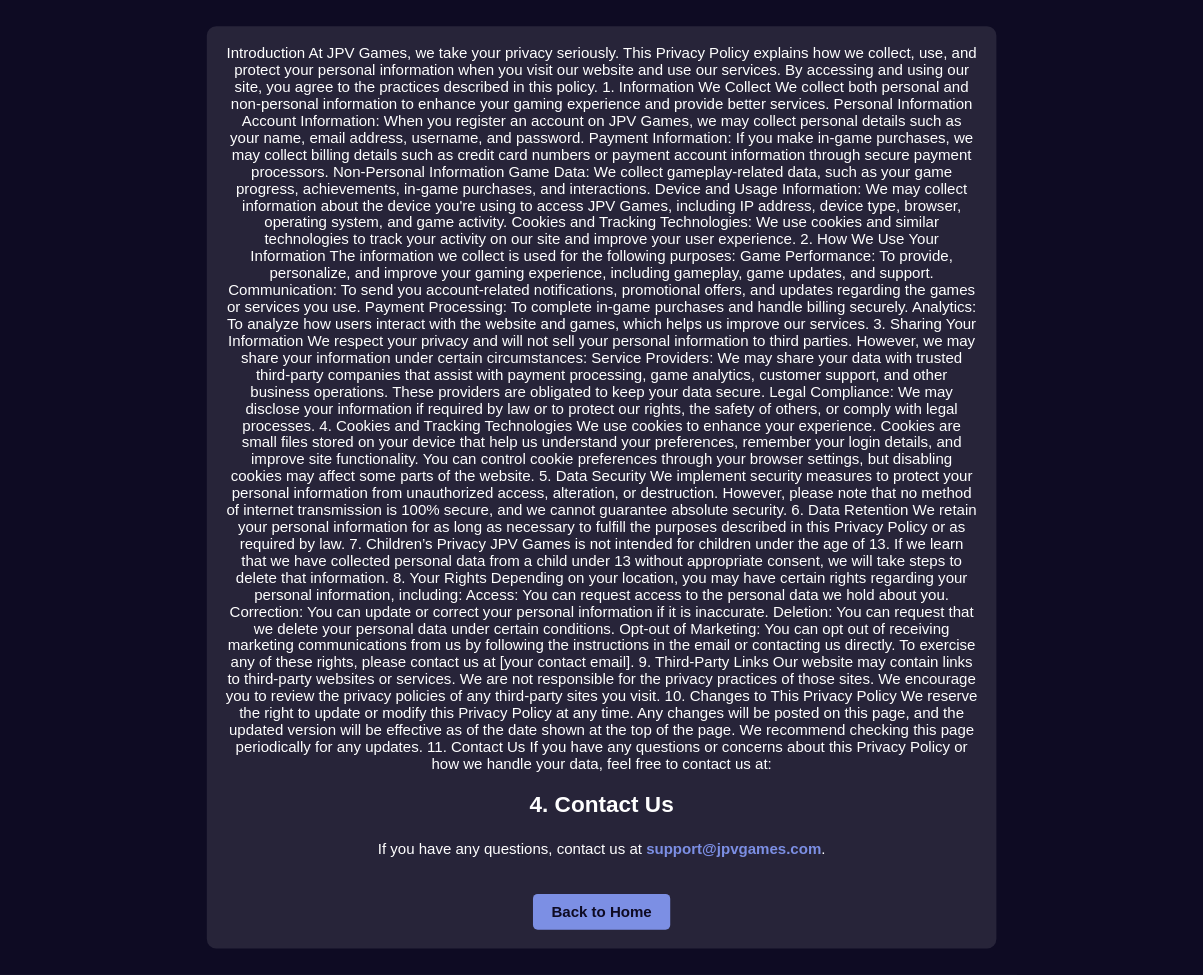
Repository: meenadabhii/jpygames.com
Page: http://localhost/privacy-policy.html
An editor plug-in stored every save of this project. The page is shown before and after the next save, followed by the edit.
The browser window is 1280 px wide. The pictures show the whole page, at 94% of full size.
The page is served by the project's Node server (app.js).

Above is the page before, as saved 2025-02-08 10:38:57.

After the next save:
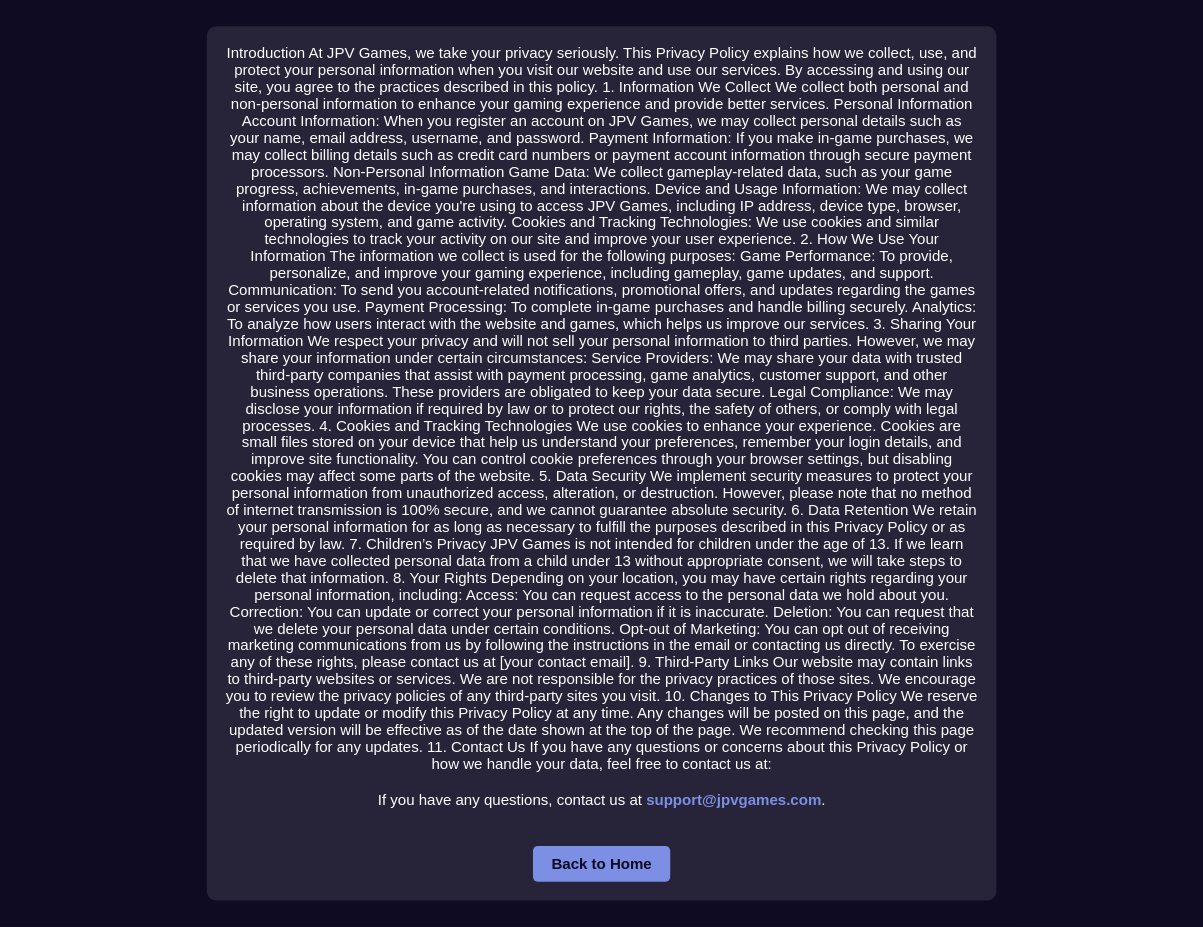
Saved 4 s later.
--- a/nodejs/views/privacy-policy.html
+++ b/nodejs/views/privacy-policy.html
@@ -111,9 +111,6 @@
 
         11. Contact Us
         If you have any questions or concerns about this Privacy Policy or how we handle your data, feel free to contact us at:
-
-
-        <h2>4. Contact Us</h2>
         <p>If you have any questions, contact us at <a href="mailto:support@jpvgames.com">support@jpvgames.com</a>.</p>
 
         <a href="/" class="button">Back to Home</a>

After the 2 saves that followed:
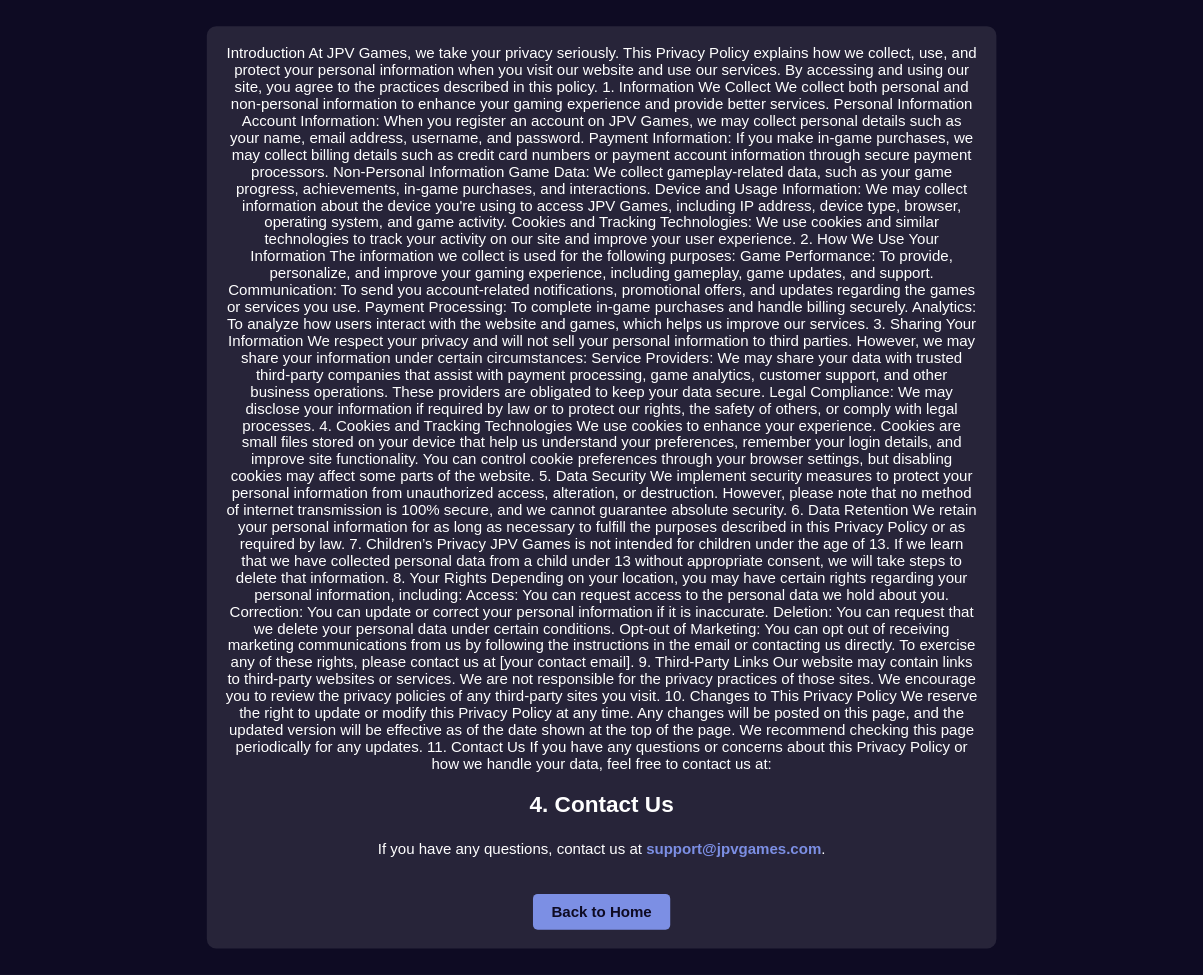
The 2 saves are shown as one change because 1 left the picture as it was.
The last was saved 38 s later.
--- a/nodejs/views/privacy-policy.html
+++ b/nodejs/views/privacy-policy.html
@@ -111,6 +111,9 @@
 
         11. Contact Us
         If you have any questions or concerns about this Privacy Policy or how we handle your data, feel free to contact us at:
+
+
+        <h2>4. Contact Us</h2>
         <p>If you have any questions, contact us at <a href="mailto:support@jpvgames.com">support@jpvgames.com</a>.</p>
 
         <a href="/" class="button">Back to Home</a>
